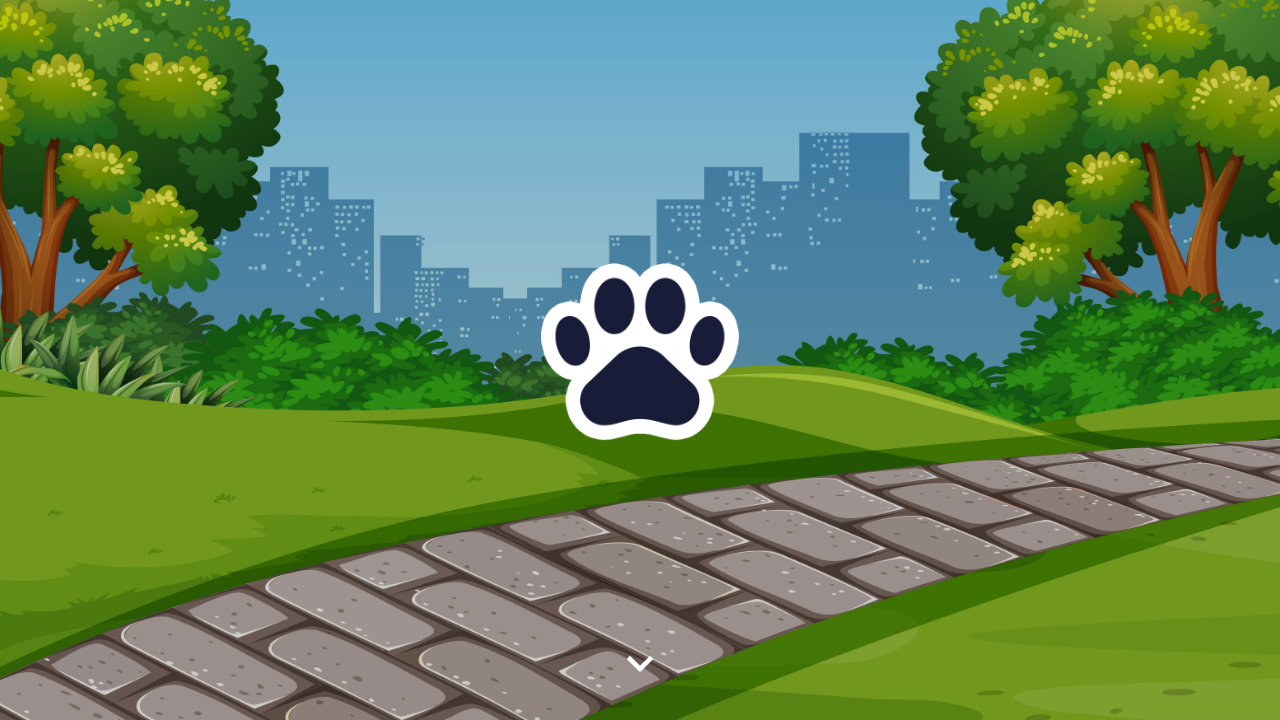
Repository: Emanuele-Sgroi/Pawfect-Diet-App-Showcase
Page: /
The author's editor kept a copy of each file at every save. The page is drawn from the files as they stood at one save, then again after the next save.
The browser window is 1280 px wide. The pictures show the whole page.
The project was rebuilt for these pictures with package versions that can differ from the ones it lists, and the page was loaded fresh each time. The framework's server and built-in components were replaced by stand-ins that run in the browser. Also part of the build but not shown: next.config.mjs.

Above is the page before, as saved 2025-04-18 13:06:03.

After the next save:
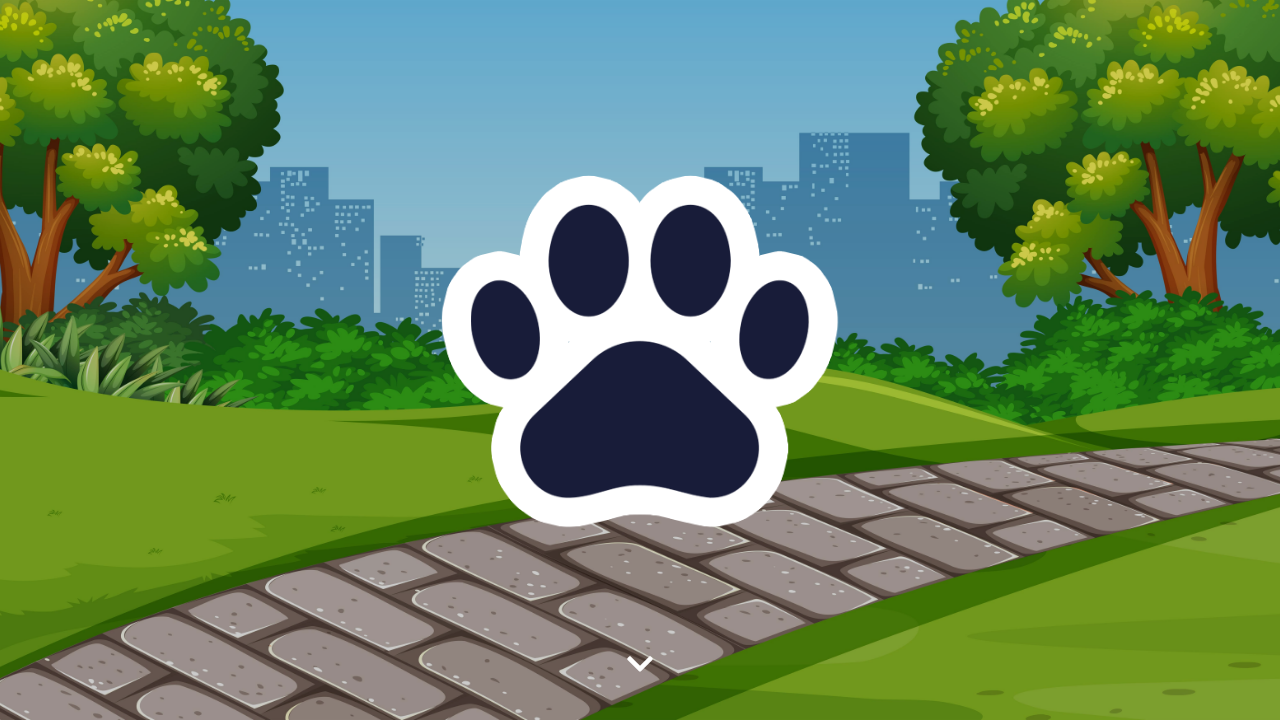
Saved 39 s later.
--- a/src/components/HeroSection.js
+++ b/src/components/HeroSection.js
@@ -30,7 +30,7 @@
           alt="App Logo"
           width={200}
           height={200}
-          className="mb-4"
+          className="mb-4 w-[500px] h-auto max-w-[80%]"
         />
       </div>
 
